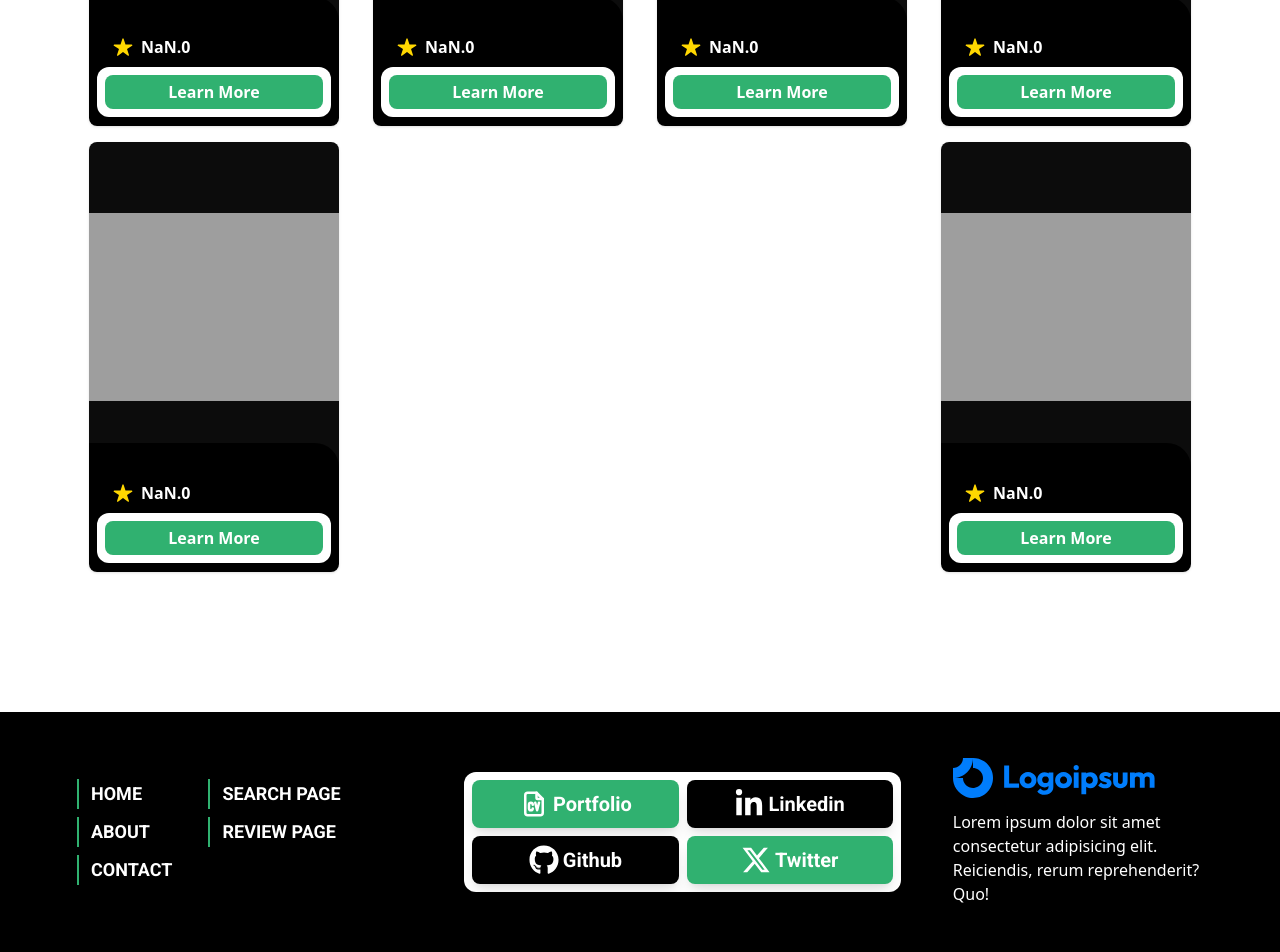
Repository: jayantatech/FrameFlick
Page: /movies
These files come from the project's save history. The page is drawn as it stood at one moment and after the next save; the edit follows.
The browser window is 1280 px wide. The pictures show the part of the page from y = 1096 to 2048 px (the page is 2048 px tall).
Pictures or frames that could not be fetched are drawn as grey boxes. The page's requests for data from a server got no answer. The project was rebuilt for these pictures with package versions that can differ from the ones it lists, and the page was loaded fresh each time. No one was signed in, and anything a server would have sent is missing. Also part of the build but not shown: vite.config.js, src/components/header/SearchBar.jsx, src/components/sliderComponent/button.css, src/components/sliderComponent/SliderComponent.jsx, src/pages/home/comingAttractions/ComingAttractions.jsx, src/pages/home/currentFavorites/CurrentFavorites.jsx, src/pages/home/movieGenres/MovieGenres.jsx, src/components/responsiveTitle/responsiveTitle.jsx and 11 more.

Above is the page before, as saved 2024-02-13 19:05:40.

### index.html
<!doctype html>
<html lang="en">

<head>
  <meta charset="UTF-8" />
  <link rel="icon" type="image/svg+xml" href="/vite.svg" />
  <meta name="viewport" content="width=device-width, initial-scale=1.0" />
  <link
    href="https://fonts.googleapis.com/css?family=Roboto:100,100italic,300,300italic,regular,italic,500,500italic,700,700italic,900,900italic"
    rel="stylesheet" />
  <link
    href="https://fonts.googleapis.com/css?family=Poppins:100,100italic,200,200italic,300,300italic,regular,italic,500,500italic,600,600italic,700,700italic,800,800italic,900,900italic"
    rel="stylesheet" />
  <title>Vite + React</title>
</head>

<body>
  <div id="root"></div>
  <script type="module" src="/src/main.jsx"></script>
</body>

</html>

### src/main.jsx
import React from "react";
import ReactDOM from "react-dom/client";
import App from "./App.jsx";
import "./index.css";
import { Provider } from "react-redux";
import store from "./store/Store.js";

ReactDOM.createRoot(document.getElementById("root")).render(
  <React.StrictMode>
    <Provider store={store}>
      <App />
    </Provider>
  </React.StrictMode>
);

### src/App.jsx
import React, { useEffect } from "react";
import ContentWrapper from "./components/contentWrapper/ContentWrapper";
import Header from "./components/header/Header";
import SearchBar from "./components/header/SearchBar";
import { fetchDataFromApi } from "./Utils/api";
import { useDispatch, useSelector } from "react-redux";
import { setFilmGenres, setUrl } from "./store/HomeSlice";
import Home from "./pages/home/Home";
import fetchData from "./components/hooks/fetchData";
import VideoPopBox from "./components/videoPopBox/VideoPopBox";
import Footer from "./components/footer/Footer";
import ReviewPage from "./pages/reviewPage/ReviewPage";
import { BrowserRouter, Route, Routes } from "react-router-dom";
import MoviePage from "./pages/moviePage/MoviePage";

/*
main green color - #58DAA8
2nd main color - #30b170
light green color - #E6FFF8
deep Green color - #409E7A
deep Green color 2 - #5EBEA3

*/

const App = () => {
  const { data, loading } = fetchData("configuration");

  const dispatch = useDispatch();
  useEffect(() => {
    dispatch(setUrl(`${data?.images.secure_base_url + "original"}`));
  }, [data]);

  const { data: genresData, loading: genresLoading } = fetchData(
    `genre/movie/list?language=en`
  );
  useEffect(() => {
    dispatch(setFilmGenres(genresData && genresData?.genres));
  }, [genresData]);

  return (
    <BrowserRouter>
      <VideoPopBox />
      <Header />
      <Routes>
        <Route path="/" element={<Home />} />
        <Route path="/review/:film/:id" element={<ReviewPage />} />
        <Route path="/movies" element={<MoviePage />} />
      </Routes>
      {/* <div className=" w-full h-[800px]"></div> */}
      <Footer />
    </BrowserRouter>
  );
};

export default App;

### src/components/contentWrapper/ContentWrapper.jsx
import React from "react";

const ContentWrapper = ({ children }) => {
  return <div className="w-full max-w-[1158px] mx-auto px-4">{children}</div>;
};

export default ContentWrapper;

### src/components/hooks/fetchData.jsx
import React, { useEffect, useState } from "react";
import { fetchDataFromApi } from "../../Utils/api";

const fetchData = (url) => {
  const [data, setData] = useState(null);
  const [loading, setLoading] = useState(null);
  const [error, setError] = useState(null);

  useEffect(() => {
    setLoading(true);
    setData(null);
    setError(null);
    fetchDataFromApi(url)
      .then((res) => {
        if (res?.status === 404) {
          throw new Error("Videos not found for this video");
        } else {
          return res.json();
        }
      })
      .then((data) => {
        setLoading(false);
        setData(data);
      })
      .catch((error) => setError("Something went wrong"));
  }, [url]);

  return { data, loading, error };
};

export default fetchData;

### src/components/videoPopBox/VideoPopBox.jsx
import React, { useEffect, useState } from "react";
import { IoClose } from "react-icons/io5";
import { useDispatch, useSelector } from "react-redux";
import { setVideoPopBox } from "../../store/HomeSlice";
import ReactPlayer from "react-player";

const VideoPopBox = () => {
  const [activeVideo, setActiveVideo] = useState(false);
  const [videoInfo, setVideoInfo] = useState([]);
  const dispatch = useDispatch();
  const { vidboxOn, vidBoxInfo } = useSelector(
    (state) => state.home.VideoPopBox
  );
  useEffect(() => {
    if (vidboxOn) setActiveVideo(vidboxOn);
    if (vidBoxInfo) setVideoInfo(vidBoxInfo);
  }, [vidboxOn, vidBoxInfo]);

  // useEffect(() => {
  //   if (activeVideo) {
  //     document.body.style.overflow = "hidden";
  //   } else {
  //     document.body.style.overflow = "auto";
  //   }
  // }, [activeVideo]);

  function hideVideoBox() {
    dispatch(setVideoPopBox([{ vidBoxOnPass: false, vidBoxInfoPass: {} }]));
    setActiveVideo(false);
  }

  return (
    <div
      className={` fixed w-screen h-screen top-0 left-0 ${
        activeVideo ? "block z-40" : "hidden -z-0"
      }`}
    >
      <div
        className={` relative top-0 left-0 min-h-screen min-w-screen flex items-center justify-center overflow-hidden`}
      >
        <div
          className=" absolute top-0 left-0 w-full h-full bg-[#000000af]"
          onClick={hideVideoBox}
        ></div>
        <div
          className={`w-[840px] h-[540px] max-lg:w-[660px] max-lg:h-[440px] max-md:w-[360px] max-md:h-[240px] bg-[#fff] shadow-xl rounded-xl py-4 px-4 relative transition-all duration-300 ${
            activeVideo ? "translate-y-[0%]" : "translate-y-[150%]"
          }`}
        >
          <div
            className=" w-[50px] h-[50px] bg-[#30B170] hover:bg-[#58DAA8] text-black hover:text-gray-600  absolute -top-5 -right-5 rounded-full flex items-center justify-center text-4xl cursor-pointer"
            onClick={hideVideoBox}
          >
            <IoClose />
          </div>
          <div className=" w-full h-full bg-black">
            {videoInfo && (
              <ReactPlayer
                url={`https://www.youtube.com/watch?v=${videoInfo?.key}`}
                width={"100%"}
                height={"100%"}
              />
            )}
          </div>
        </div>
      </div>
    </div>
  );
};

export default VideoPopBox;

### src/pages/moviePage/MoviePage.jsx
import React from "react";
import HeroMovie from "./heroMovie/HeroMovie";
import AllMovies from "./allMovies/AllMovies";

const MoviePage = () => {
  return (
    <div>
      <HeroMovie />
      <AllMovies />
    </div>
  );
};

export default MoviePage;

### src/pages/moviePage/heroMovie/HeroMovie.jsx
import React, { useEffect, useState } from "react";
import MyImage from "../../../components/myImage/MyImage";
import fetchData from "../../../components/hooks/fetchData";
import { useSelector } from "react-redux";
import MovieHeroInfo from "../../../components/movieHeroInfo/MovieHeroInfo";

const HeroMovie = () => {
  const [storeGen, setStoreGen] = useState([]);
  const [filmInfo, setFilmInfo] = useState([]);
  const [storeRendom, setStoreRendom] = useState(null);
  const { data, loading } = fetchData(`trending/movie/week`);
  const { url, filmGenres } = useSelector((state) => state.home);

  useEffect(() => {
    let rendomData;
    if (data?.results) {
      const genRanNum = Math.floor(Math.random() * 19);
      rendomData = data?.results[genRanNum];
      setStoreRendom(rendomData);
      console.log(data);
    }
  }, [data]);

  // let testData = storeRendom && storeRendom;
  let movieHeroData = storeRendom && storeRendom;
  useEffect(() => {
    let storeGenNum = [];
    if (movieHeroData) {
      filmGenres?.forEach((element) => {
        if (movieHeroData?.genre_ids.includes(element?.id)) {
          storeGenNum.push(element);
        }
      });
    }
    setStoreGen(storeGenNum);
  }, [filmGenres, movieHeroData]);
  console.log(storeGen);
  return (
    <div className=" w-full h-[590px] max-md:h-[670px] bg-black relative">
      <div className=" w-full h-full bg-[#0000005d] absolute top-0 left-0 z-10"></div>
      <div className=" overflow-hidden w-full h-full absolute top-0 left-0 z-0 ">
        <MyImage
          src={`${url}${!loading && movieHeroData?.backdrop_path}`}
          className={"max-lg:scale-150 max-md:scale-[4]"}
        />
      </div>
      <MovieHeroInfo movieHeroData={movieHeroData} storeGen={storeGen} />
    </div>
  );
};

export default HeroMovie;

### src/pages/moviePage/allMovies/AllMovies.jsx
import React from "react";
import ContentWrapper from "../../../components/contentWrapper/ContentWrapper";
import FilmCard from "../../../components/filmCard/FilmCard";

const AllMovies = () => {
  return (
    <div>
      <ContentWrapper>
        <div className=" py-[60px] px-3">
          <div className=" py-3">
            <h2 className=" capitalize text-3xl font-[Roboto] font-bold">
              our Movie suggestions
            </h2>
          </div>
          <div className=" w-full h-auto flex py-5 flex-row flex-wrap gap-4 items-center justify-between">
            <FilmCard />
            <FilmCard />
            <FilmCard />
            <FilmCard />
            <FilmCard />
            <FilmCard />
          </div>
          <div className=" w-full h-[60px]"></div>
        </div>
      </ContentWrapper>
    </div>
  );
};

export default AllMovies;

### src/components/myImage/MyImage.jsx
import React from "react";
import { LazyLoadImage } from "react-lazy-load-image-component";
import "react-lazy-load-image-component/src/effects/blur.css";

const MyImage = ({ src, className, alt }) => (
  <div className=" w-full min-h-full flex items-center justify-center overflow-hidden bg-contain">
    <LazyLoadImage
      alt={alt ? alt : "Frameflick"}
      src={src}
      effect="blur"
      width={"100%"}
      height={"100%"}
      className={`${className}`}
    />
  </div>
);

export default MyImage;

### src/components/movieHeroInfo/MovieHeroInfo.jsx
import React, { useEffect, useState } from "react";
import { IoIosStar } from "react-icons/io";
import ContentWrapper from "../contentWrapper/ContentWrapper";
import GenresCard from "../genresCard/GenresCard";
import BothButton from "../bothButton/BothButton";
import ResponsiveTitle from "../responsiveTitle/responsiveTitle";
import ResponsiveText from "../responsiveText/ResponsiveText";
import RattingBox from "../rattingBox/RattingBox";
import DateBox from "../dateBox/DateBox";

const MovieHeroInfo = ({ movieHeroData, storeGen }) => {
  const [storeSlice, setStoreSlice] = useState(null);
  useEffect(() => {
    const slicGen = storeGen && storeGen?.slice(0, 3);
    setStoreSlice(slicGen);
  }, [storeGen]);

  console.log(storeGen);
  return (
    <ContentWrapper>
      <div className=" relative top-0 left-0 w-full h-[590px] max-md:h-[670px] flex items-end justify-center py-4 z-20">
        <div className=" w-full min-h-[270px] max-lg:min-h-[270px] max-md:min-h-[470px] rounded-lg  bg-[#636262] backdrop-filter backdrop-blur-sm bg-opacity-60 p-4 max-lg:px-2 flex flex-row gap-2 max-md:flex-col">
          <div className=" md:w-3/6">
            <h2 className=" text-3xl font-[Roboto] font-bold text-white min-h-[40px]">
              {movieHeroData?.original_title}
            </h2>
            {/* <ResponsiveTitle data={testData} /> */}
            <div className=" w-full h-[40px]  my-2 flex items-center flex-row gap-2 px-2">
              <DateBox data={movieHeroData} />
              <RattingBox data={movieHeroData} />
            </div>
            {
              <div className=" w-full h-[60px] max-md:h-[80px] max-lg:h-[90px] flex items-center justify-start px-2 flex-row gap-2">
                <ResponsiveText data={movieHeroData} upTo={15} />
              </div>
            }
            <div className=" px-2 py-3 flex items-center justify-center gap-2 flex-row">
              <BothButton data={movieHeroData} />
            </div>
          </div>
          <div className=" md:w-3/6 max-h-[210px] max-lg:max-h-[240px] max-md:min-h-[240px] px-3 py-3 flex items-center justify-start gap-6 max-lg:gap-3 flex-wrap flex-col">
            <div className=" w-full py-1 bg-[#000] text-white text-center rounded-md">
              <span className=" font-[Roboto] font-semibold text-lg">
                {" "}
                {movieHeroData?.original_title} Genres
              </span>
            </div>
            <div className=" flex items-center justify-center gap-3 flex-wrap flex-row max-md:flex-row ">
              {storeSlice?.map((item, index) => (
                <GenresCard key={index} item={item} />
              ))}
            </div>
          </div>
        </div>
      </div>
    </ContentWrapper>
  );
};

export default MovieHeroInfo;

### src/components/filmCard/FilmCard.jsx
import React, { useState } from "react";
import { useDispatch, useSelector } from "react-redux";
import { IoStar } from "react-icons/io5";
import fetchData from "../hooks/fetchData";
import { setVideoPopBox } from "../../store/HomeSlice";
import MyImage from "../myImage/MyImage";
import { useLoaderData, useLocation, useNavigate } from "react-router";

const FilmCard = ({ data, loading }) => {
  const [videoBoxActive, setVideoBoxActive] = useState(false);
  const dispatch = useDispatch();
  const { url } = useSelector((state) => state?.home);
  const { currentTabValu } = useSelector((state) => state?.home);

  const { data: newData, loading: newLoading } = fetchData(
    `${currentTabValu}/${data?.id && data?.id}/videos`
  );

  const averageVote = data && data?.vote_average;
  const votePointer = Number(
    data && data?.vote_average.toString().split(".")[1]
  );

  const originalTitle = data?.original_title || data?.name || "";
  let truncatedTitle;

  if (originalTitle.length >= 18) {
    truncatedTitle = originalTitle.slice(0, 18) + "...";
  } else {
    truncatedTitle = originalTitle;
  }

  let newReleaseDate = data?.release_date || data?.first_air_date;
  const oneVideo = newData?.results?.filter((item) => item?.key);
  const oneTrailer = oneVideo && oneVideo[0];
  const releaseDate =
    newReleaseDate &&
    new Intl.DateTimeFormat("en-US", {
      day: "2-digit",
      month: "short",
      year: "2-digit",
    }).format(new Date(newReleaseDate));
  const openVideoBox = () => {
    dispatch(
      setVideoPopBox([{ vidBoxOnPass: true, vidBoxInfoPass: oneTrailer }])
    );
  };
  const navigateNew = useNavigate();
  const location = useLocation();

  const navigateToNewPage = () => {
    navigateNew(`/review/${currentTabValu}/${data?.id}`);
  };

  return (
    <div className="w-[250px] max-lg:max-w-[220px] max-lg:h-[380px] h-[430px] max-md:w-[240px] rounded-lg overflow-hidden shadow cursor-pointer transition-all duration-300 bg-yellow">
      <div className=" w-full h-full relative">
        <div className=" w-full h-[77%] bg-[#000000f3] overflow-hidden">
          {!loading && (
            <MyImage
              src={`${url}${data?.poster_path}`}
              className="w-full h-full"
            />
          )}
        </div>
        <div className="absolute flex flex-col bottom-0 left-0 w-full h-[30%] bg-gradient-to-b from-[#000000] via-[#000000] to-[#000000] p-2 rounded-tr-3xl text-white">
          <div className="w-full h-[30px] overflow-hidden">
            <h3 className=" text-white text-xl font-semibold">
              {truncatedTitle}
            </h3>
          </div>
          <div className=" flex gap-4">
            <p className=" font-bold">{releaseDate}</p>
            <span className=" flex items-center justify-center gap-2 font-bold">
              <span className=" font-bold text-xl text-[#FFD700]">
                <IoStar />
              </span>
              {`${Math.floor(averageVote)}.${
                votePointer ? votePointer.toString().slice(0, 1) : "0"
              }`}
            </span>
          </div>
          <div className=" w-full h-[50px] bg-white px-2 rounded-xl py-2 flex items-center justify-center gap-2 max-lg:gap-1 font-bold mt-2">
            {oneTrailer && (
              <button
                className=" h-full w-full bg-[black] col-span-1 rounded-lg transition-all duration-300 hover:shadow-md hover:scale-105"
                onClick={openVideoBox}
              >
                Trailer
              </button>
            )}
            <button
              className="h-full w-full bg-[#30b170] rounded-lg transition-all duration-300 hover:shadow-md hover:scale-105"
              onClick={navigateToNewPage}
            >
              Learn More
            </button>
          </div>
        </div>
      </div>
    </div>
  );
};

export default FilmCard;

### src/components/responsiveText/ResponsiveText.jsx
import React from "react";

const ResponsiveText = ({ data, upTo = 20 }) => {
  function getTheDescription(description) {
    const words = description.split(" ").slice(0, upTo).join(" ") + "...";
    return words;
  }
  return (
    <p className=" font-[Poppins] text-lg text-white ">
      {data && getTheDescription(data?.overview)}
    </p>
  );
};

export default ResponsiveText;

### src/components/bothButton/BothButton.jsx
import React from "react";
import { useDispatch } from "react-redux";
import { setVideoPopBox } from "../../store/HomeSlice";
import fetchData from "../hooks/fetchData";
import { useNavigate } from "react-router";

const BothButton = ({ data }) => {
  const { data: newData, loading: newLoading } = fetchData(
    `movie/${data?.id && data?.id}/videos`
  );
  const oneVideo = newData?.results?.filter((item) => item?.key);
  const oneTrailer = oneVideo && oneVideo[0];

  const dispatch = useDispatch();
  const openVideoBox = () => {
    dispatch(
      setVideoPopBox([{ vidBoxOnPass: true, vidBoxInfoPass: oneTrailer }])
    );
  };

  const navigateNew = useNavigate();

  const navigateToNewPage = () => {
    navigateNew(`/review/${"movie"}/${data?.id}`);
  };
  return (
    <>
      <button
        className=" w-full h-[50px] max-lg:h-[40px] bg-[#000] rounded-md text-white font-bold text-2xl font-[Roboto] hover:scale-95 transition-all duration-300 max-lg:text-xl"
        onClick={openVideoBox}
      >
        Trailer
      </button>
      <button
        className=" w-full h-[50px] bg-[#30B170] rounded-md text-white font-bold text-2xl font-[Roboto]  hover:scale-95 transition-all duration-300 max-lg:h-[40px] max-lg:text-xl"
        onClick={navigateToNewPage}
      >
        Learn More
      </button>
    </>
  );
};

export default BothButton;

### src/components/rattingBox/RattingBox.jsx
import React from "react";
import { IoStar } from "react-icons/io5";

const RattingBox = ({ data }) => {
  const averageVote = data && data?.vote_average;

  const votePointer = Number(
    data && data?.vote_average.toString().split(".")[1]
  );

  return (
    <>
      {
        <div className=" text-lg font-extrabold font-[Roboto] flex items-center justify-start gap-2 px-2 py-1 rounded-lg bg-white md:w-[150px]  max-md:w-[50%]">
          Rating:
          <span className=" text-[#ffd700] text-2xl flex items-center justify-center font-bold">
            <IoStar />
          </span>
          {averageVote &&
            votePointer &&
            `${Math.floor(averageVote)}.${
              votePointer ? votePointer.toString().slice(0, 1) : "0"
            }`}
        </div>
      }
    </>
  );
};

export default RattingBox;

### src/components/dateBox/DateBox.jsx
import React from "react";

const DateBox = ({ data }) => {
  function timeFormath(timeTo) {
    const releaseDate = new Intl.DateTimeFormat("en-US", {
      day: "2-digit",
      month: "short",
      year: "2-digit",
    }).format(new Date(timeTo));
    return releaseDate;
  }
  return (
    <div className=" text-lg font-extrabold font-[Roboto] flex items-center justify-start gap-2 px-2 py-1 rounded-lg bg-white md:w-[160px] max-md:w-[50%]">
      Data:
      <span className="font-bold max-md:text-base">
        {data && timeFormath(data?.release_date)}
      </span>
    </div>
  );
};

export default DateBox;

Loaded but not shown: src/index.css (common file); tailwind.config.js (common file); src/store/HomeSlice.js (34 lines, source omitted); src/Utils/api.js (20 lines, source omitted); src/store/Store.js (10 lines, source omitted); src/assets/icons/index.js (3 lines, source omitted); src/components/header/Header.jsx (153 lines, source omitted); src/components/footer/Footer.jsx (83 lines, source omitted)

After the next save:
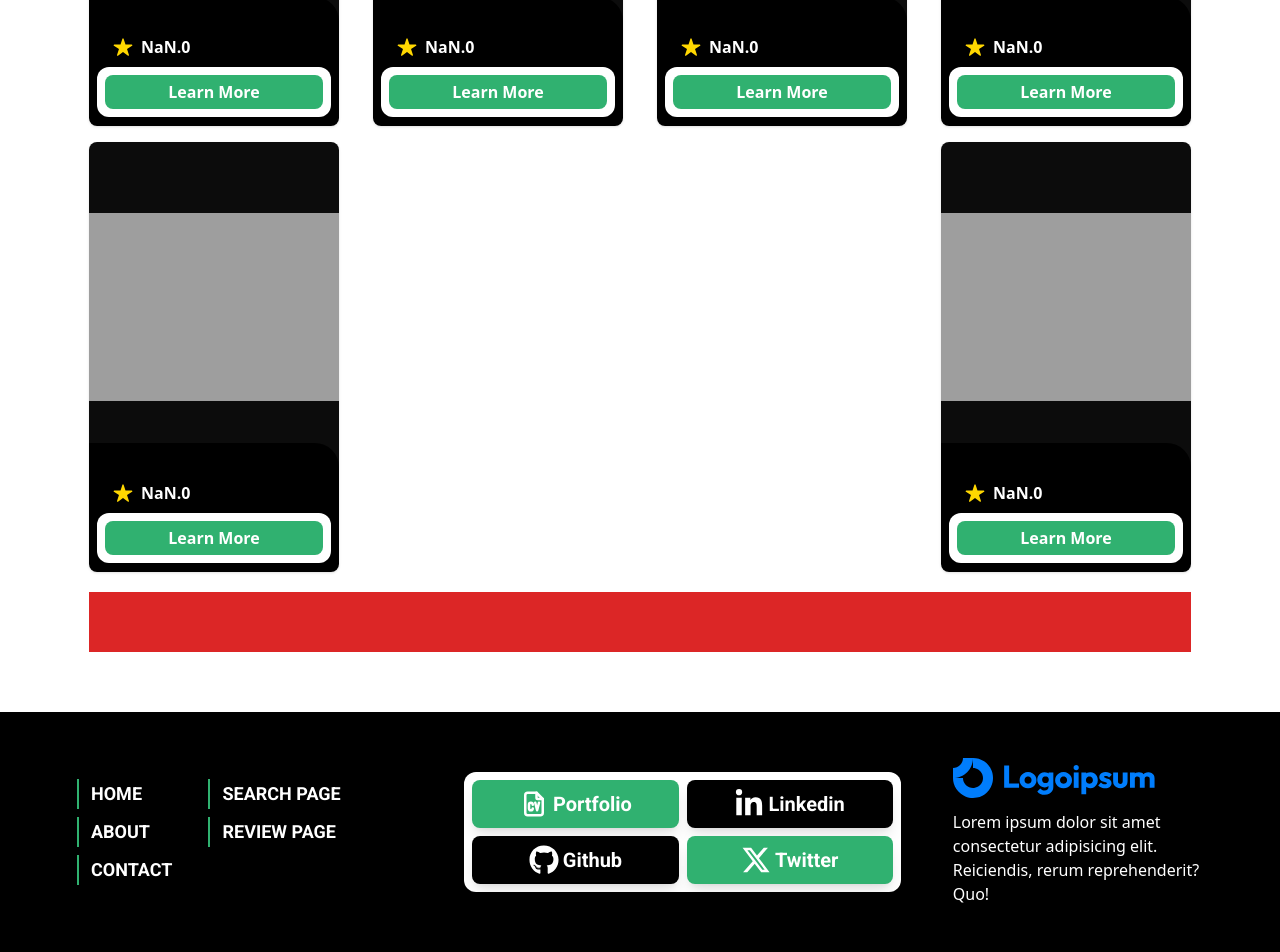
Saved 4 s later.
--- a/src/pages/moviePage/allMovies/AllMovies.jsx
+++ b/src/pages/moviePage/allMovies/AllMovies.jsx
@@ -20,7 +20,7 @@ const AllMovies = () => {
             <FilmCard />
             <FilmCard />
           </div>
-          <div className=" w-full h-[60px]"></div>
+          <div className=" w-full h-[60px] bg-red-600"></div>
         </div>
       </ContentWrapper>
     </div>
